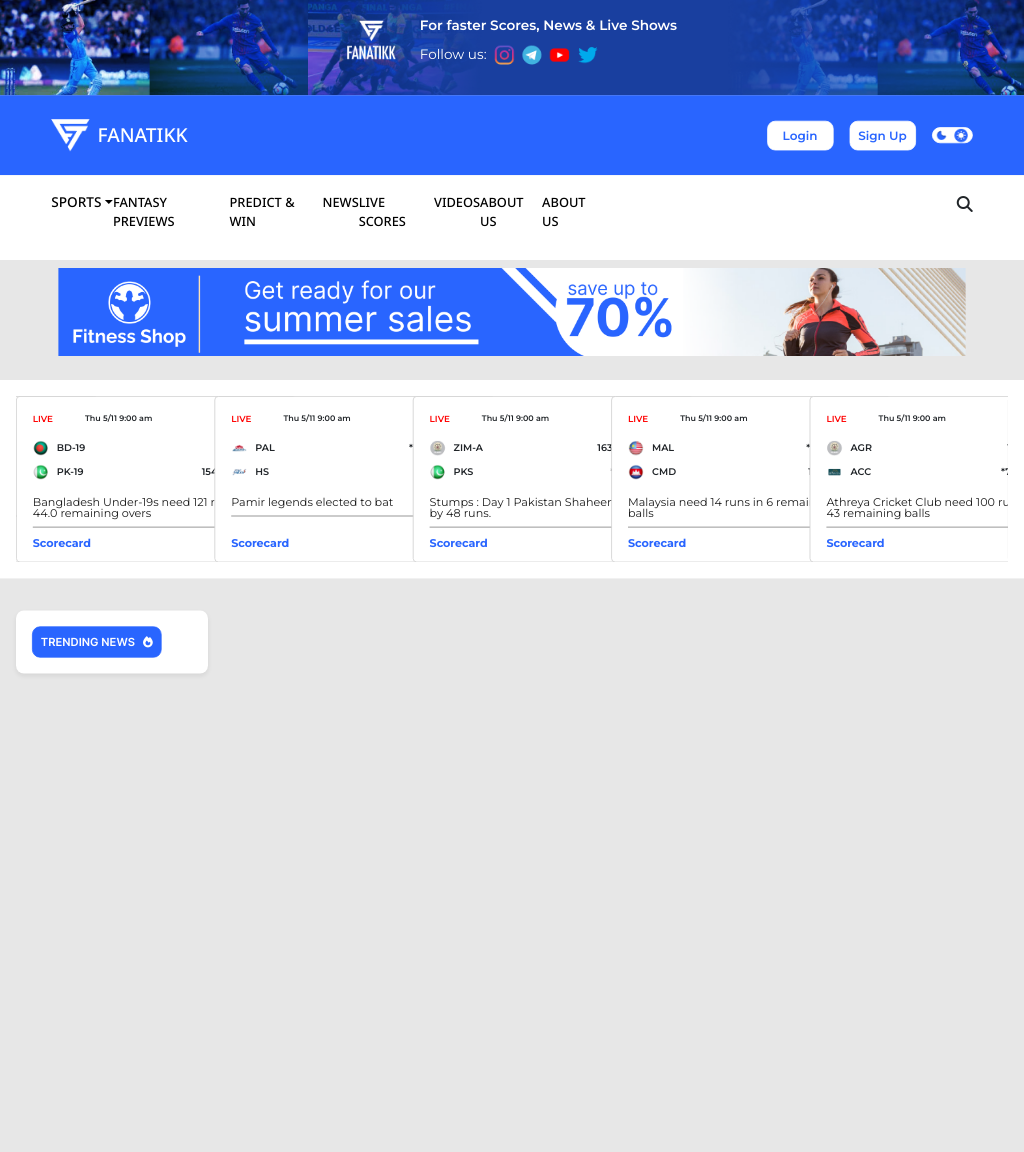
Repository: FlyweisReact/Kannapa
Page: /
The author's editor kept a copy of each file at every save. The page is drawn from the files as they stood at one save, then again after the next save.
The browser window is 1280 px wide. The pictures show the whole page, at 80% of full size.
Some web libraries are served in a nearby version. The project was rebuilt for these pictures with package versions that can differ from the ones it lists, and the page was loaded fresh each time. Also part of the build but not shown: src/Components/Layout/Footer.js, src/Components/Sliders/Index-video-Slider.js, src/Components/firstScreen.jsx, src/Components/secondScreen.jsx, src/Components/thirdScreen.jsx, src/Components/fourthScreen.jsx, src/CSS/Footer.css.

Above is the page before, as saved 2023-06-03 13:32:18.

### public/index.html
<!DOCTYPE html>
<html lang="en">
  <head>
    <meta charset="utf-8" />
    <link rel="icon" href="%PUBLIC_URL%/favicon.ico" />
    <meta name="viewport" content="width=device-width, initial-scale=1" />
    <meta name="theme-color" content="#000000" />
    <meta
      name="description"
      content="Web site created using create-react-app"
    />
    <link rel="apple-touch-icon" href="%PUBLIC_URL%/logo192.png" />

    <link rel="manifest" href="%PUBLIC_URL%/manifest.json" />
    <link href="https://fonts.googleapis.com/css2?family=Roboto+Mono:ital,wght@1,300&display=swap" rel="stylesheet">
    <title>React App</title>
  </head>
  <body>
    <noscript>You need to enable JavaScript to run this app.</noscript>
    <div id="root"></div>
    <script src="https://code.jquery.com/jquery-3.6.0.min.js"></script>
    <script src="https://kit.fontawesome.com/b533b351e4.js" crossorigin="anonymous"></script>
  </body>
</html>

### src/Pages/HomeScreen.js
/** @format */

import React, { useState, useEffect } from "react";
import FadingCategory from "../Components/Layout/FadingNav/FadingCategory";
import FadingNav from "../Components/Layout/FadingNav/FadingNav";
import Header1 from "../Components/Layout/FadingNav/Header1";
import Navbar from "../Components/Layout/Navbar";
import ScoreCard from "../Components/Sliders/ScoreCard";

const HomeScreen = () => {
  const [scrolled, setScrolled] = useState(false);

  useEffect(() => {
    const handleScroll = () => {
      if (window.scrollY > 0) {
        setScrolled(true);
      } else {
        setScrolled(false);
      }
    };

    window.addEventListener("scroll", handleScroll);
    return () => {
      window.removeEventListener("scroll", handleScroll);
    };
  }, []);

  return (
    <>
      <section className="HomePage">
        <div className={`${scrolled ? "fade-out" : "fade-in"}`}>
          <Header1 />
          <FadingNav />
          <FadingCategory />
        </div>

        <div className={`${scrolled ? "fade-in" : "fade-out"}`}>
          <Navbar />
        </div>

        <div className="Index_Center_Banner">
          <img src="./Images/1.png" alt="" />
        </div>

        <div className="Score_Card_Layout">
          <ScoreCard />
        </div>

        <div className="Index_Three_Sec_Layout">
          <div className="left_Comp">
            <div className="Trading_News">
              <button>
                trending NEWS
                <i class="fa-solid fa-fire"></i>
              </button>
            </div>
          </div>
          <div className="Mid_Comp"></div>
          <div className="Right_Comp"></div>
        </div>
      </section>
    </>
  );
};

export default HomeScreen;

### src/CSS/Navbar.css
/**
 * === navbar styling ====
 *
 * @format
 */
.Stick-navbar{
    height: 100%;
    transition: box-shadow 0.3s ease;
    height: 100px;
}
.Navbar {
  display: flex;
  justify-content: space-between;
  background: #2965ff;
  padding: 20px;
  width: 100%;
  gap: 20px;
  position: fixed !important;
  top: 0;
  z-index: 999;
  transition: box-shadow 0.3s ease;
  align-items: center;
}

.Navbar .Left_Container {
  width: 30%;
}
.Navbar .Left_Container .Logo_Div {
  display: flex;
  gap: 10px;
  justify-content: center;
  align-items: center;
}
.Navbar .Left_Container .Logo_Div p {
  color: #fff;
  font-size: var(--mediumFont);
  margin: 0;
}
.Navbar .Left_Container .Logo_Div img {
  width: 47.73px;
  height: 40px;
}

.Navbar .Right_Container {
  width: 70%;
  display: flex;
  justify-content: center;
  gap: 40px;
}
.Navbar .Right_Container .Item {
  display: flex;
  justify-content: baseline;
}

.Navbar .Right_Container .Item p {
  font-size: 16px;
  cursor: pointer;
  color: #ffffff;
  padding-top: 2px;
}

.Navbar .Right_Container .Item .DropDown {
  border: none;
  color: #fff;
  font-size: 17px;
  cursor: pointer;
  color: #ffffff;
  margin: 0;
  padding: 0;
}
.Navbar .Right_Container .Item .fa-magnifying-glass {
  color: #fff;
  font-size: 18px;
  cursor: pointer;
  padding-top: 7px;
}
.Navbar .Right_Container .Item .Toggle{
  width: 51.43px;
  height: 19.03px;
  display: flex;
  justify-content: space-between;
  align-items: center;
  padding-left: 5px;
  padding-right: 5px;
  border-radius: 10px;
  background-color: #fff;
  border: 1px solid #fff;
  cursor: pointer;
  align-items: center;
  margin-top: 8px;
}


/* Header 2 */
.Header1 {
  background-image: url("../../public/Images/22.png");
  color: #ffffff;
  width: 100%;
  background-repeat: no-repeat;
  background-size: cover;
  height: 119px;
  padding: 20px;
}
.Header1 .Main {
  display: flex;
  align-items: center;
  justify-content: center;
  gap: 30px;
}
.Header1 .Main p {
  margin: 0;
}
.Header1 .Main .Head {
  font-family: MontserratNormal;
  font-weight: 600;
  font-size: 17px;
  color: #ffffff;
}

.Header1 .Main .Two {
  display: flex;
  gap: 10px;
  margin-top: 10px;
  align-items: center;
}
.Header1 .Main .Two p {
  font-family: MontserratNormal;
  font-style: normal;
  font-weight: 400;
  font-size: 17px;
  line-height: 17px;
  color: #ffffff;
}
.Header1 .Main .Social {
  display: flex;
  gap: 10px;
  align-items: center;
}

/* Fading Navbar */

.Fading_Nav {
  display: flex;
  justify-content: space-between;
  background: #2965ff;
  padding: 30px;
  width: 100%;
  gap: 20px;
  align-items: center;
  padding-left: 5%;
  padding-right: 5%;
}

.Fading_Nav .Left_Container {
  width: 30%;
}
.Fading_Nav .Left_Container .Logo_Div {
  display: flex;
  gap: 10px;
  justify-content: flex-start;
  align-items: center;
}
.Fading_Nav .Left_Container .Logo_Div p {
  color: #fff;
  font-size: var(--mediumFont);
  margin: 0;
}
.Fading_Nav .Left_Container .Logo_Div img {
  width: 47.73px;
  height: 40px;
}

.Fading_Nav .Right_Container {
  width: 70%;
  display: flex;
  justify-content: flex-end;
  gap: 20px;
  align-items: center;
}
.Fading_Nav .Right_Container button {
  font-family: MontserratNormal;
  font-style: normal;
  font-weight: 600;
  width: 83px;
  height: 37px;
  border-radius: 10px;
  font-size: 15px;
  line-height: 19px;
  color: #2965ff;
  background-color: #fff;
  border: 1px solid #fff;
  cursor: pointer;
}
.Fading_Nav .Right_Container .Toggle {
  width: 51.43px;
  height: 19.03px;
  display: flex;
  justify-content: space-between;
  align-items: center;
  padding-left: 5px;
  padding-right: 5px;
}


/* Fading Category */
.Fading_Category{
    display: flex;
    justify-content: space-between;
    padding: 20px;
    background-color: #fff;
    padding-left: 5%;
    padding-right: 5%;
}
.Fading_Category .Left_Container {
    display: flex;
    justify-content: space-between;
    width: 60%;
}

.Fading_Category .Left_Container .Item {
    display: flex;
    justify-content: baseline;
  }

  .Fading_Category .Left_Container .Item p {
    font-size: 16px;
    cursor: pointer;
    color: #000;
    padding-top: 2px;
  }

  .Fading_Category .Left_Container .Item .DropDown {
    border: none;
    font-size: 17px;
    cursor: pointer;
    color: #000;
    margin: 0;
    padding: 0;
    border: none;
  }

.Fading_Category .Right_Container i{
    font-size: 20px;
    padding-top: 7px;
}


/* Fading Effect */
.HomePage{
    min-height: 200vh;
}
.fade-out{
    opacity: 0;
    transition: opacity 0.5s;
    height: 0;
    overflow: hidden;
}
.fade-in{
    opacity: 1;
    transition: opacity 0.5s;
    height: auto;
    overflow: hidden;
    width: 100%;
}

### src/CSS/Component.css
/** @format */

/* Fading Header */

/* Home Screen */
.Index_Center_Banner {
  width: 100%;
  padding: 10px;
}

.Index_Center_Banner img {
  width: 90%;
  display: block;
  margin: auto;
}

.Index_Center_GIF {
  width: 100%;
  padding: 10px;
}

.Index_Center_GIF img {
  width: 90%;
  display: block;
  margin: auto;
  height: 500px;
}

.Index_Center_Desc {
  display: flex;
  width: 90%;
  padding: 10px;
  margin: auto;
}

.Index_Center_Desc .Main_Comp {
  text-align: left;
}
.Index_Center_Desc .Main_Comp .head {
  font-size: 36px;
  color: #1d1d1d;
  text-shadow: 0px 1px 1px rgba(37, 37, 37, 0.5);
  margin: 0;
}

.Index_Center_Desc .Main_Comp .Two_Sec {
  display: flex;
  gap: 10px;
  align-items: flex-start;
}
.Index_Center_Desc .Main_Comp .Two_Sec img {
  height: 20px;
  margin-top: 4px;
}

.Index_Center_Desc .Main_Comp .Two_Sec p {
  color: rgba(29, 29, 29, 0.6);
  text-shadow: 0px 1px 1px rgba(37, 37, 37, 0.5);
  font-style: italic;
}

.Index_Center_Desc .Main_Comp .desc p {
  font-size: 16px;
  line-height: 24px;
  align-items: center;
  color: rgba(29, 29, 29, 0.6);
  max-width: 60%;
  font-style: italic;
  margin: 0;
}
.first5 p u {
  color: #333;
}

.Index_Logo_Div {
  display: flex;
  justify-content: space-between;
  align-items: center;
  width: 90%;
  margin: auto;
  padding-top: 10px;
  padding-bottom: 10px;
}
.Index_Logo_Div .Left_Comp {
  display: flex;
  gap: 10px;
  align-items: center;
}
.Index_Logo_Div .Right_Comp img {
  cursor: pointer;
}

.Index_Video_Slider {
  width: 90%;
  display: block;
  margin: auto;
  padding-top: 10px;
  padding-bottom: 10px;
}

.Video_Slider {
  width: 100%;
  /* padding: 20px; */
  display: block;
  margin: auto;
}
.Video_Slider .Main_Item {
  background: #ffffff;
  border: 1px solid #1d1d1d;
  border-radius: 10px;
  height: 400px;
}
.Video_Slider .Main_Item img {
  width: 100%;
  border-radius: 10px 10px 0px 0px;
}
.Video_Slider .Main_Item p {
  padding: 10px;
  font-family: Montserrat;
  font-size: 15px;
  line-height: 18px;
  color: #1d1d1d;
}
.Video_Slider .Main_Item:focus {
  outline: none;
}

.Index_Center_Button {
  width: 90%;
  display: block;
  margin: auto;
  padding-top: 10px;
  padding-bottom: 10px;
  margin-top: 2%;
  position: relative;
}
.Index_Center_Button button {
  font-family: Montserrat;
  font-size: 16px;
  line-height: 20px;
  text-transform: uppercase;
  width: 256px;
  color: #ffffff;
  background: #2965ff;
  border: 1px solid #2965ff;
  border-radius: 25px;
  padding: 10px;
  display: block;
  margin: auto;
}

.Index_Center_Button .empty {
  height: 4px !important;
  position: absolute;
  top: 50%;
  left: 50%;
  transform: translate(-50%, -50%);
  z-index: -1;
  background-color: #2965ff;
  width: 100%;
}

.Index_Three_Cont {
  width: 90%;
  display: grid;
  grid-template-columns: auto auto auto;
  gap: 20px;
  margin: auto;
  padding-top: 20px;
}
.Index_Three_Cont .Main_Component .head {
  font-family: Montserrat;
  font-style: normal;
  font-weight: 700;
  font-size: 22.3418px;
  line-height: 30px;
  color: #1d1d1d;
}
.Index_Three_Cont .Main_Component img {
  width: 100%;
}
.Index_Three_Cont .Main_Component .desc {
  font-family: Montserrat;
  font-style: normal;
  font-weight: 300;
  font-size: 15.9584px;
  line-height: 40px;
}

/* Score_Card_Slider */
.ScoreCard_Slider {
  background-color: #ffffff;
  padding: 20px;
  margin-top: 20px;
  margin-bottom: 20px;
}
.ScoreCard_Slider .Main_Item {
  border: 1px solid #cfcfcf;
  background-color: #fff;
  border-radius: 5px;
  padding: 20px;
  width: 350px !important;
  height: 208px !important;
  position: relative;
}
.ScoreCard_Slider .Main_Item .two_Sec {
  display: flex;
  gap: 40px;
  align-items: center;
  margin-bottom: 20px;
}
.ScoreCard_Slider .Main_Item .two_Sec p {
  margin: 0;
  font-family: MontserratNormal;
  font-style: normal;
  font-weight: 600;
  font-size: 10px;
  line-height: 14px;
}
.ScoreCard_Slider .Main_Item .two_Sec .first {
  margin: 0;
  font-family: MontserratNormal;
  font-style: normal;
  font-weight: 600;
  font-size: 11px;
  line-height: 14px;
  color: #ff0000;
}
.ScoreCard_Slider .slick-next:before {
  display: none !important;
}

.ScoreCard_Slider .Main_Item .Flags_Div {
  display: flex;
  justify-content: space-between;
  align-items: center;
  gap: 10px;
  margin-top: 10px;
}

.ScoreCard_Slider .Main_Item .Flags_Div div {
  display: flex;
  gap: 10px;
  align-items: center;
}
.ScoreCard_Slider .Main_Item .Flags_Div div p {
  margin: 0;
  font-family: MontserratNormal;
  font-style: normal;
  font-weight: 600;
  font-size: 12px;
  line-height: 17px;
}
.ScoreCard_Slider .Main_Item .desc {
  color: #1d1d1d;
  font-family: MontserratNormal;
  font-style: normal;
  font-weight: 400;
  font-size: 14px;
  line-height: 14px;
  width: 90%;
  margin: 0;
  margin-top: 20px;
}
.ScoreCard_Slider .Main_Item .empty {
  background-color: #bfbfbf;
  width: 100%;
  height: 2px;
  margin-top: 10px;
}
.ScoreCard_Slider .Main_Item .Scorecard {
  font-family: MontserratNormal;
  font-style: normal;
  font-weight: 700;
  font-size: 14px;
  line-height: 14px;
  position: absolute;
  letter-spacing: -0.11px;
  color: #2965ff;
  bottom: 0;
}

/* Index_Three_Sec_Layout */
.Index_Three_Sec_Layout {
  width: 100%;
  padding: 20px;
  display: flex;
  gap: 20px;
}
.Index_Three_Sec_Layout .left_Comp {
  width: 20%;
}
.Index_Three_Sec_Layout .Mid_Comp {
  width: 60%;
}
.Index_Three_Sec_Layout .Right_Comp {
  width: 20%;
}

.Index_Three_Sec_Layout .left_Comp .Trading_News {
  background-color: #fff;
  padding: 20px;
  box-shadow: 0px 3px 6px rgba(0, 0, 0, 0.08);
border-radius: 10px;
}
.Index_Three_Sec_Layout .left_Comp .Trading_News button {
  background-color: #2965ff;
  color: #fff;
  border: 1px solid #2965ff;
  text-transform: uppercase;
  border-radius: 10px;
  font-style: normal;
  font-weight: 600;
  font-size: 14px;
  line-height: 17px;
  font-family: Inter;
  padding: 10px;
  display: flex;
  gap: 10px;
  align-items: center;
}

Loaded but not shown: src/App.css (common file); src/Components/Sliders/ScoreCard.js (443 lines, source omitted); src/Components/Layout/Navbar.js (71 lines, source omitted); src/Components/Layout/FadingNav/FadingCategory.js (57 lines, source omitted); src/App.js (32 lines, source omitted); src/Components/Layout/FadingNav/FadingNav.js (27 lines, source omitted); src/Components/Layout/FadingNav/Header1.js (32 lines, source omitted); src/index.js (17 lines, source omitted); src/index.css (634 lines, source omitted)

After the next save:
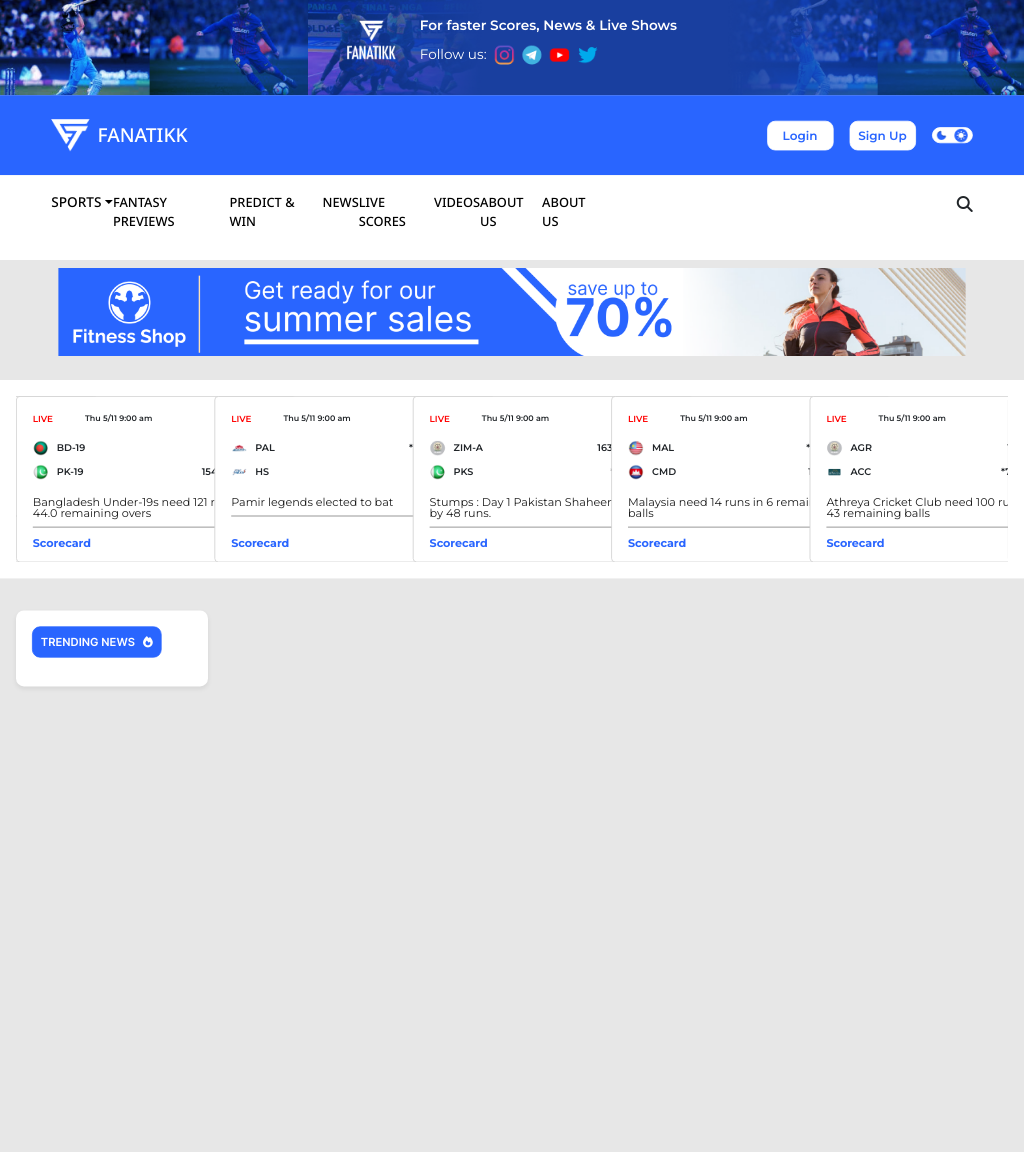
Saved 11 s later.
--- a/src/Pages/HomeScreen.js
+++ b/src/Pages/HomeScreen.js
@@ -53,6 +53,7 @@
                 trending NEWS
                 <i class="fa-solid fa-fire"></i>
               </button>
+              <p className=""></p>
             </div>
           </div>
           <div className="Mid_Comp"></div>

After the save that followed:
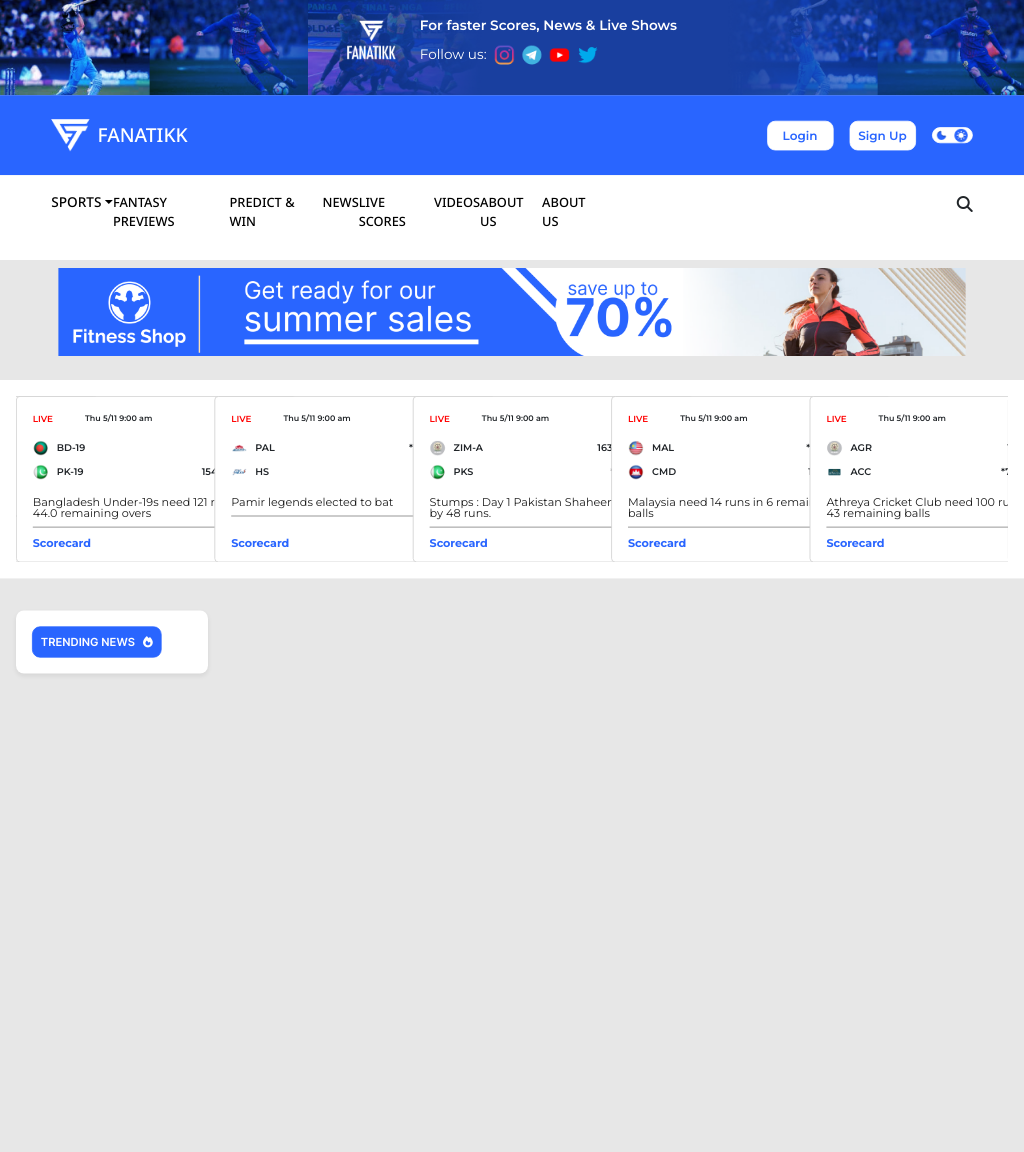
Saved 5 s later.
--- a/src/Pages/HomeScreen.js
+++ b/src/Pages/HomeScreen.js
@@ -53,7 +53,6 @@
                 trending NEWS
                 <i class="fa-solid fa-fire"></i>
               </button>
-              <p className=""></p>
             </div>
           </div>
           <div className="Mid_Comp"></div>
